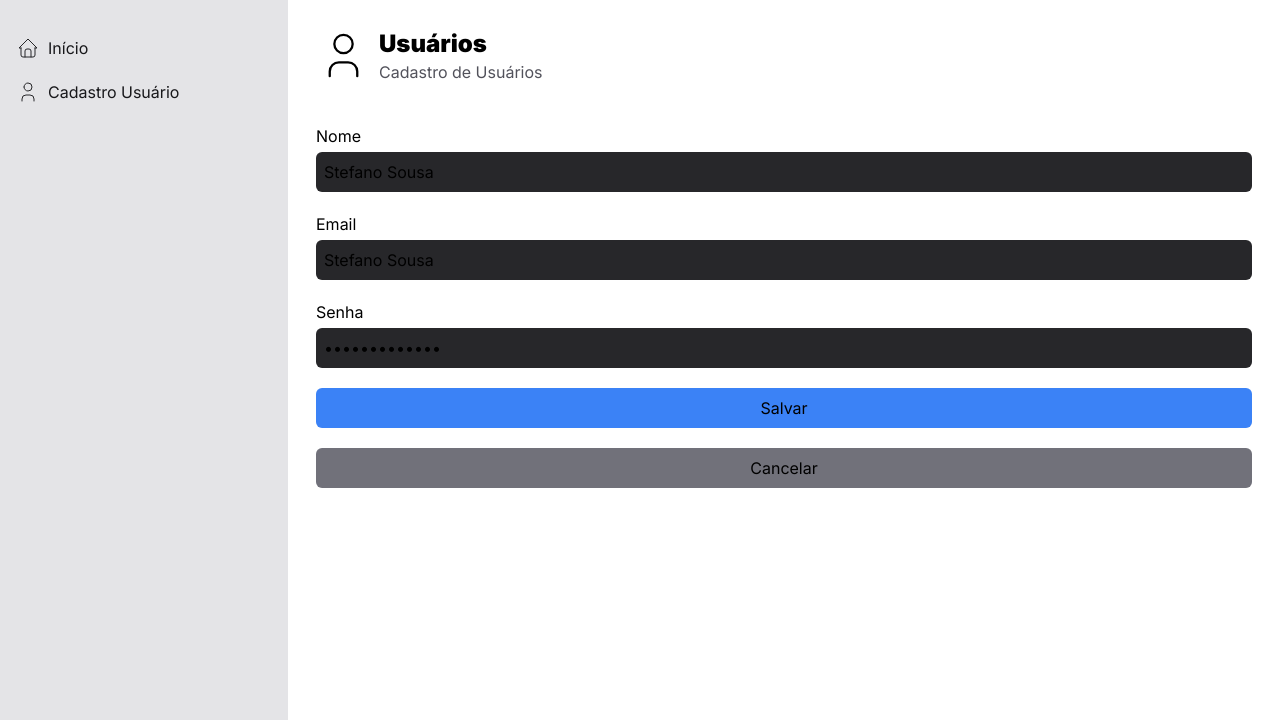
Repository: stefanosousaa/app-bd
Page: /usuarios
These files come from the project's save history. The page is drawn as it stood at one moment and after the next save; the edit follows.
The browser window is 1280 px wide. The pictures show the whole page.
The project was rebuilt for these pictures with package versions that can differ from the ones it lists, and the page was loaded fresh each time. The framework's server and built-in components were replaced by stand-ins that run in the browser. Also part of the build but not shown: next.config.mjs.

Above is the page before, as saved 2024-05-26 00:32:12.

### src/app/(internas)/usuarios/page.tsx
'use client'

import Pagina from "@/app/components/template/Pagina";
import Titulo from "@/app/components/template/Titulo";
import FormularioUsuario from "@/app/components/usuario/FormularioUsuario";
import ListaUsuario from "@/app/components/usuario/ListaUsuario";
import usuarios from "@/app/data/constants/usuarios";
import { IconUser } from "@tabler/icons-react";


export default function Page(){
    return(
        <Pagina className="flex flex-col gap-10">
            <Titulo icone={IconUser} principal="Usuários" secundario="Cadastro de Usuários"/>
           {/*<ListaUsuario/> */}
           <FormularioUsuario usuario={usuarios[0]}/>
        </Pagina>
    )
}

### src/app/components/template/Pagina.tsx
import Menu from "./Menu"

export interface PaginaProps {
    children: any
    className?: string
}

export default function Pagina(props: PaginaProps){
    return (
     <div className="flex ">
        <Menu/>
        <main className={`flex-1 p-7 ${props.className ?? ``}`}>{props.children}</main>

    </div>
    )

}

### src/app/components/template/Titulo.tsx
import { ElementType } from "react"

export interface TituloProps {
    principal: string
    secundario: string
    icone: ElementType
}

export default function Titulo(props: TituloProps){
    return(
          <div className="flex gap-2">
            <props.icone size={55} stroke={1}/>
            <div className="flex flex-col">
                <h1 className="text-2xl font-black">{props.principal}</h1>
                <h2 className="text-zinc-600">{props.secundario}</h2>
            </div>

          </div>
    )
}

### src/app/components/usuario/FormularioUsuario.tsx
import { Usuario } from "@/core/model/Usuario"
import InputTexto from "../shared/InputTexto"

export interface FormularioUsuarioProps {
    usuario: Usuario
}


export default function FormularioUsuario(props: FormularioUsuarioProps){
    return(
        <div className="flex flex-col gap-5">
            <InputTexto
            label="Nome"
            type="text"
            value={props.usuario.nome}
            onChange={()=>{}}/>

            <InputTexto
            label="Email"
            type="email"
            value={props.usuario.nome}
            onChange={()=>{}}/>

            <InputTexto
            label="Senha"
            type="password"
            value={props.usuario.nome}
            onChange={()=>{}}/>

            <button className="bg-blue-500 px-4 py-2 rounded-md">Salvar</button>
            <button className="bg-zinc-500 px-4 py-2 rounded-md">Cancelar</button>
        </div>
    )

}

### src/app/data/constants/usuarios.ts
import { Usuario } from "@/core/model/Usuario";

const usuarios: Usuario [] = [
    {
        id: "1",
        email:"stefano@gmail.com",
        nome: "Stefano Sousa",
        senha:"123456"
    },
    {
        id: "2",
        email:"lillyan@gmail.com",
        nome: "Lillyan Sousa",
        senha:"123456"
    },
    {
        id: "3",
        email:"isadora@gmail.com",
        nome: "Isadora Sousa",
        senha:"123456"
    },
    {
        id: "4",
        email:"rodrigo@gmail.com",
        nome: "Rodrigo Sousa",
        senha:"123456"
    },
]

export default usuarios

### src/app/components/template/Menu.tsx
import { IconHome, IconUser } from "@tabler/icons-react"
import Link from "next/link"
import MenuItem from "./MenuItem"



export default function Menu(){
    return (
    <aside className="w-72 bg-zinc-200 h-screen">
         <nav className="flex flex-col gap-1 py-7">
            <MenuItem icone={IconHome} texto="Início" url="/" />
            <MenuItem icone={IconUser} texto="Cadastro Usuário" url="/usuarios" />


         </nav>
    </aside>
    )
}

### src/app/components/shared/InputTexto.tsx
'use client'

import { InputHTMLAttributes } from "react";

export interface InputTextoProps extends InputHTMLAttributes<HTMLInputElement> {
    label: string
}

export default function InputTexto(props: InputTextoProps){
    return(
        <div className="flex flex-col gap-1 ">
            <label>{props.label}</label>
            <input {...props}
            className="bg-zinc-800 p-2 rounded-md outline-none"
            />
        </div>
    )
}

### src/app/components/template/MenuItem.tsx
import Link from "next/link"
import { ElementType } from "react"

export interface MenuItemProps{
    icone: ElementType
    texto: string
    url: string
}


export default function MenuItem(props : MenuItemProps){
    return(
        <Link href={props.url} className="flex gap-2 px-4 py-2 hover:bg-white ">
            <props.icone className= "text-zinc-800" size={24} stroke={1}/>
            <span className= "text-zinc-900">{props.texto}</span>
        </Link>
    )
}

Loaded but not shown: src/app/layout.tsx (common file); src/app/globals.css (common file); tailwind.config.ts (common file)

After the next save:
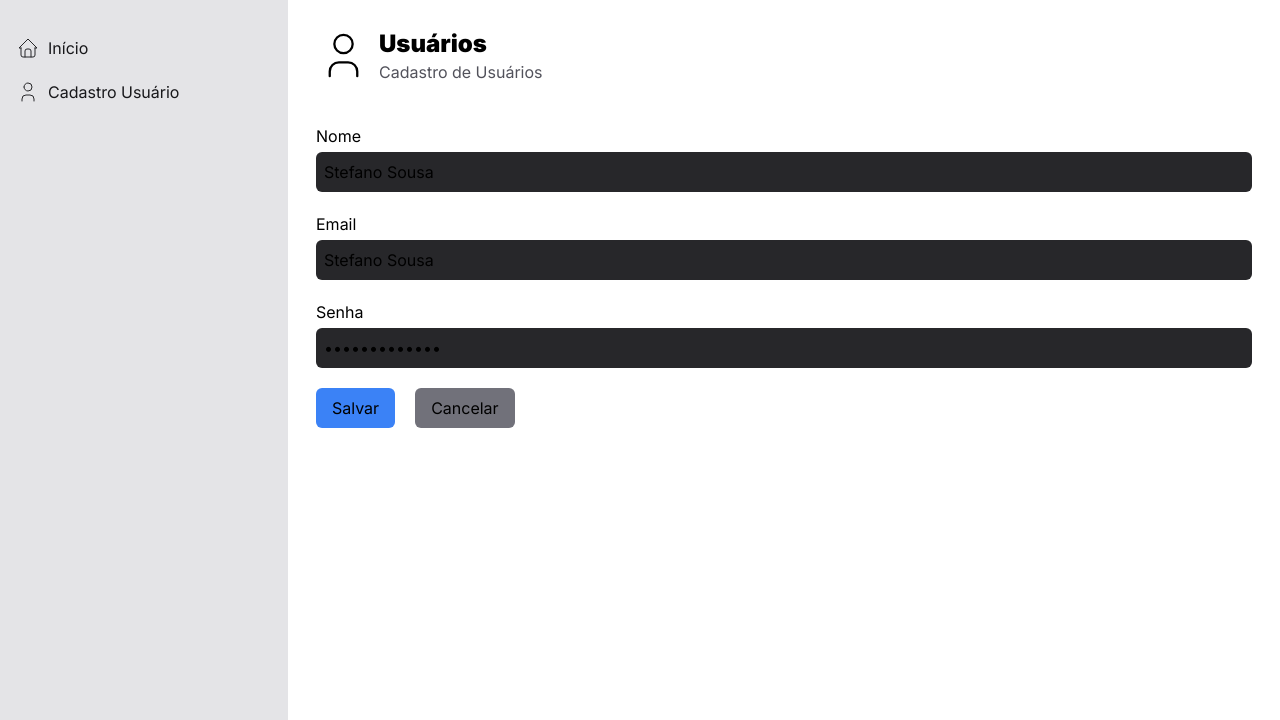
Saved 86 s later.
--- a/src/app/components/usuario/FormularioUsuario.tsx
+++ b/src/app/components/usuario/FormularioUsuario.tsx
@@ -27,8 +27,12 @@ export default function FormularioUsuario(props: FormularioUsuarioProps){
             value={props.usuario.nome}
             onChange={()=>{}}/>
 
-            <button className="bg-blue-500 px-4 py-2 rounded-md">Salvar</button>
-            <button className="bg-zinc-500 px-4 py-2 rounded-md">Cancelar</button>
+            <div className="flex gap-5">
+                <button className="bg-blue-500 px-4 py-2 rounded-md">Salvar</button>
+                <button className="bg-zinc-500 px-4 py-2 rounded-md">Cancelar</button>
+            </div>
+
+
         </div>
     )
 
